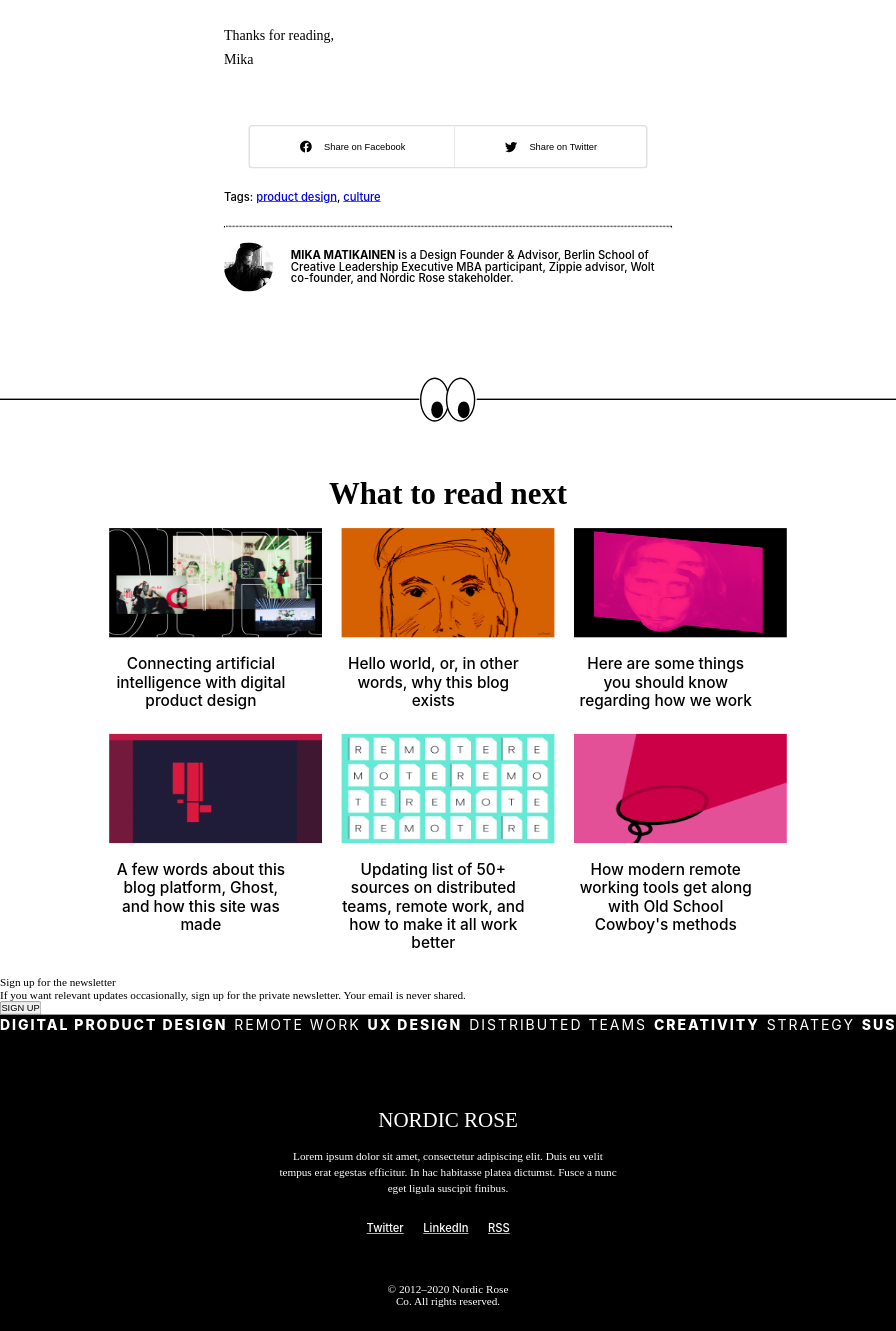
Repository: ThuTrang-jvb/JVB-BT1
Page: Page 3/article.html
These files come from the project's save history. The page is drawn as it stood at one moment and after a run of saves; the edit follows.
The browser window is 1280 px wide. The pictures show the part of the page from y = 3398 to 5318 px (the page is 5299 px tall before and 5318 px after), at 70% of full size.

Above is the page before, as saved 2025-06-30 10:04:13.

### Page 3/article.html
<!DOCTYPE html>
<html lang="en">
<head>
    <meta charset="UTF-8">
    <meta name="viewport" content="width=device-width, initial-scale=1.0">
    <link rel="stylesheet" href="styleArticle.css">
    <link href="https://fonts.googleapis.com/css2?family=Playfair+Display&display=swap" rel="stylesheet">
    <title>Article</title>
</head>
<body>
    <div class="header">
        <h1>NORDIC ROSE</h1>
        <div class="nav">
            <p class="active">blog</p>
            <p>about</p>
            <p>links</p>
            <p>projects</p>
        </div>
        <div class="hamburger">
            <span></span>
            <span></span>
            <span></span>
        </div>
    </div>
    <hr>
    <div class="main">
        <div class="title">
            <h1>A few words about this blog platform, Ghost, and how this site was made</h1>
            <p>Why Ghost (& Figma) instead of Medium, <br> WordPress or other options?</p>
            <img src="image/image 2.png" alt="image 2">
            <hr>
        </div>
        <div class="status">
            <div class="status_img">
                <img src="image/anh_nen.png" alt="image 3">
                <div class="status_text">
                    <p class="bold_p">Mika MAtikainen</p>
                    <p>Apr 15, 2020 · 4 min read</p>
                </div>

            </div>

            <div class="share-buttons">
                <button class="share-btn" aria-label="Share on Facebook">
                    <svg width="18" height="18" viewBox="0 0 24 24" fill="#000" xmlns="http://www.w3.org/2000/svg">
                    <path d="M22 12.07C22 6.48 17.52 2 12 2S2 6.48 2 12.07c0 5 3.66 9.13 8.44 9.93v-7.03h-2.54v-2.9h2.54V9.41c0-2.5 1.49-3.89 3.77-3.89 1.09 0 2.24.2 2.24.2v2.46h-1.26c-1.24 0-1.63.77-1.63 1.56v1.87h2.78l-.44 2.9h-2.34v7.03C18.34 21.2 22 17.07 22 12.07z"/>
                    </svg>
                </button>
                <button class="share-btn" aria-label="Share on Twitter">
                    <svg width="18" height="18" viewBox="0 0 24 24" fill="#000" xmlns="http://www.w3.org/2000/svg">
                    <path d="M22.46 6c-.77.35-1.6.58-2.46.69a4.28 4.28 0 0 0 1.88-2.36 8.56 8.56 0 0 1-2.71 1.04 4.26 4.26 0 0 0-7.26 3.88 12.09 12.09 0 0 1-8.77-4.45 4.26 4.26 0 0 0 1.32 5.69 4.23 4.23 0 0 1-1.93-.53v.05a4.26 4.26 0 0 0 3.42 4.17 4.29 4.29 0 0 1-1.92.07 4.26 4.26 0 0 0 3.98 2.96A8.54 8.54 0 0 1 2 19.54 12.07 12.07 0 0 0 8.29 21.5c7.55 0 11.68-6.26 11.68-11.68 0-.18 0-.35-.01-.53A8.36 8.36 0 0 0 22.46 6z"/>
                    </svg>
                </button>
            </div>
        </div>
        <div class="caption">
            <pre>Lorem ipsum dolor sit amet, consectetur adipiscing elit. Duis eu velit
tempus erat egestas efficitur. In hac habitasse platea dictumst. Fusce a
nunc eget ligula suscipit finibus. Aenean pharetra quis lacus at viverra.

Class aptent taciti sociosqu ad litora torquent per conubia nostra, per
inceptos himenaeos. Aliquam quis posuere ligula. In eu dui molestie, molestie
lectus eu, semper lectus.</pre>
            <h2>Next on the pipeline</h2>
            <pre>Duis eu velit tempus erat egestas efficitur. In hac habitasse platea
dictumst. Fusce a nunc eget ligula suscipit finibus. Aenean pharetra
quis lacus at viverra. Class aptent taciti sociosqu ad litora torquent per
conubia nostra, per inceptos himenaeos.

Morbi efficitur auctor metus, id mollis lorem pellentesque id. Nullam
posuere maximus dui et fringilla. </pre>
            <figure>
                <img src="image/3cc5df540f70fc0ba5d96cdc94c3d237971a9b6e.jpg" alt="Rectangle 8">
                <figcaption>Image caption centered this way and I’ll make this a bit longer to indicate the amount of line-height. </figcaption>
            </figure>
            <pre>Aenean pharetra quis lacus at viverra. Class aptent taciti sociosqu ad
litora torquent per conubia nostra, per inceptos himenaeos. Aliquam
quis posuere ligula.

In eu dui molestie, molestie lectus eu, semper lectus. Proin at justo
lacinia, auctor nisl et, consequat ante. Donec sit amet nisi arcu. Morbi
efficitur auctor metus, id mollis lorem pellentesque id. Nullam
posuere maximus dui et fringilla. Nulla non volutpat leo.</pre>
            <p>A list looks like this:</p>
            <ul>
                <li>First item in the list</li>
                <li>Second item in the list lorem ipsum dolor sit amet nunc felis dolor lorem ipsum sit amet</li>
                <li>Third item in the list</li>
            </ul>
            <p>Class aptent taciti sociosqu ad litora torquent per conubia nostra, per inceptos himenaeos. Aliquam quis posuere ligula. </p>
            <p>Thanks for reading,<br>
            Mika</p>
        </div>
        <div class="links">
            <div class="share-buttons">
                <button class="share-btn" aria-label="Share on Facebook">
                    <svg width="18" height="18" viewBox="0 0 24 24" fill="#000" xmlns="http://www.w3.org/2000/svg">
                        <path d="M22 12.07C22 6.48 17.52 2 12 2S2 6.48 2 12.07c0 5 3.66 9.13 8.44 9.93v-7.03h-2.54v-2.9h2.54V9.41c0-2.5 1.49-3.89 3.77-3.89 1.09 0 2.24.2 2.24.2v2.46h-1.26c-1.24 0-1.63.77-1.63 1.56v1.87h2.78l-.44 2.9h-2.34v7.03C18.34 21.2 22 17.07 22 12.07z"/>
                        <span>Share on Facebook</span>
                    </svg>
                </button>
                <button class="share-btn" aria-label="Share on Twitter">
                    <svg width="18" height="18" viewBox="0 0 24 24" fill="#000" xmlns="http://www.w3.org/2000/svg">
                    <path d="M22.46 6c-.77.35-1.6.58-2.46.69a4.28 4.28 0 0 0 1.88-2.36 8.56 8.56 0 0 1-2.71 1.04 4.26 4.26 0 0 0-7.26 3.88 12.09 12.09 0 0 1-8.77-4.45 4.26 4.26 0 0 0 1.32 5.69 4.23 4.23 0 0 1-1.93-.53v.05a4.26 4.26 0 0 0 3.42 4.17 4.29 4.29 0 0 1-1.92.07 4.26 4.26 0 0 0 3.98 2.96A8.54 8.54 0 0 1 2 19.54 12.07 12.07 0 0 0 8.29 21.5c7.55 0 11.68-6.26 11.68-11.68 0-.18 0-.35-.01-.53A8.36 8.36 0 0 0 22.46 6z"/>
                    <span>Share on Twitter</span>
                    </svg>
                </button>
            </div>
        </div>
        <div class="tag">
            <p>Tags: <a href="#">product design</a>, <a href="#">culture</a></p>
            <hr>
            <div class="status_tag">
                <img src="image/anh_nen.png" alt="image 3">
                <div class="status_text_end">
                    <p> <b>MIKA MATIKAINEN</b> is a Design Founder & Advisor, Berlin School of Creative Leadership Executive MBA participant, Zippie advisor, Wolt co-founder, and Nordic Rose stakeholder.  </p>
                </div>

            </div>
        </div>
    </div>
    <div class="divider">
        <div class="path"></div>
        <div class="eyes">
            <div class="eye eye-left">
                <div class="pupil"></div>
            </div>
            <div class="eye eye-right">
                <div class="pupil"></div>
            </div>
        </div>
        <div class="path"></div>
    </div>
    <div>
        <h3>What to read next</h3>
        <div class="image">
            <div class="image_line">
                <img src="image/image1.png" alt="Rectangle 4">
                <p>Connecting artificial intelligence with digital product design</p>
            </div>
            <div class="image_line">
                <img src="image/image2.png" alt="Rectangle 11">
                <p>Hello world, or, in other words, why this blog exists</p>
            </div>
            <div class="image_line">
                <img src="image/image.png" alt="Rectangle 10">
                <p>Here are some things you should know regarding how we work </p>
            </div>
        </div>
        <div class="image_desktop">
            <div class="image_line">
                <img src="image/image13.png" alt="Rectangle 37">
                <p>A few words about this blog platform, Ghost, and how this site was made</p>
            </div>
            <div class="image_line">
                <img src="image/image12.png" alt="Rectangle 39">
                <p>Updating list of 50+ sources on distributed teams, remote work, and how to make it all work better</p>
            </div>
            <div class="image_line">
                <img src="image/image11.png" alt="Rectangle 38">
                <p>How modern remote working tools get along with Old School Cowboy's methods</p>
            </div>
        </div>
    </div>
    <div>
        <p>Sign up for the newsletter</p>
        <p>If you want relevant updates occasionally, sign up for the private newsletter. Your email is never shared. </p>
        <div>

        </div>
        <button>SIGN UP</button>
    </div>



    <div class="footer">
        <div class="line-wrap">
            <div class="line">
                <span class="bold">Digital product design</span>
                <span>Remote work</span>
                <span class="bold">UX design</span>
                <span>Distributed teams</span>
                <span class="bold">Creativity</span>
                <span>Strategy</span>
                <span class="bold">Suspense</span>
                <span>Growth</span>
            </div>
        </div>
        <p class="logo">NORDIC ROSE</p>
        <p class="para">Lorem ipsum dolor sit amet, consectetur adipiscing elit. Duis eu velit tempus erat egestas efficitur. In hac habitasse platea dictumst. Fusce a nunc eget ligula suscipit finibus. </p>
        <div class="info">
            <p>Twitter</p>
            <p>LinkedIn</p>
            <p>RSS</p>
        </div>
        <p class="year">© 2012–2020 Nordic Rose Co. All rights reserved. </p>
    </div>
</body>
</html>

### Page 3/styleArticle.css
 * {
    margin: 0;
    padding: 0;
    box-sizing: border-box;
 }
.header {
    width: 100%;
    max-width: 1440px;
    height: auto;
    box-sizing: border-box;
    justify-content: space-between;
    align-items: center;
    display: flex;
    gap: 476.59px;
    padding: 52.54px 61px 40px 63.58px;
    height: 134px;
}
.header h1 {
    font-weight: 400;
    font-size: 30px;
}
.hamburger {
  display: none;
  flex-direction: column;
  gap: 5px;
  cursor: pointer;
}

.hamburger span {
  width: 25px;
  height: 3px;
  background-color: black;
  display: block;
  border-radius: 2px;
}
.nav {
    display: flex;
    justify-content: center;
    gap: 34px;
}
.nav p {
    position: relative;
    font-family: New York Small;
    font-weight: 500;
    font-size: 20px;
    line-height: 170%;
    letter-spacing: 2.8px;
    text-align: center;
    text-transform: uppercase;
    margin: 0;
    text-decoration: none;

}

.nav p.active::after {
    content: "";
    position: absolute;
    bottom: -43px;
    left: 50%;
    transform: translateX(-50%);
    width: 50px;
    height: 2px;
    background-color: #000;
}

hr {
  width: 100vw;
  border: none;
  border-top: 1px solid #ccc;
  margin: 0;
}
.title img {
    width: 100vw;
    height: auto;
    display: block;
    padding-bottom: 44px;
    margin: 0 auto;
}
.title h1 {
    font-family: New York Extra Large;
    font-weight: 700;
    font-size: 54px;
    line-height: 100%;
    letter-spacing: 0%;
    text-align: center;
    margin: 0 auto;
    max-width: 858px;
    padding-top: 52px;
    padding-bottom: 32px;
}
.title p {
    font-family: SF Mono;
    font-weight: 400;
    font-size: 20px;
    line-height: 170%;
    letter-spacing: 0%;
    text-align: center;
    max-width: 592px;
    margin: 0 auto;
    padding-bottom: 52px;

}
.title hr {
    border: 2px solid #000000;
    width: 640px;
    display: block;
    margin: 0 auto;
}
.status_img img {
    width: 56px;
    height: 56px;
    object-fit: cover;
    border-radius: 50%;
}
.share-buttons {
    display: flex;
    border: 2px solid #e0e0e0;
    border-radius: 5px;
    overflow: hidden;
    width: fit-content;
    background-color: #fff;
    margin-left: 273px;
    margin-top: 1px;
}
.share-btn {
    border: none;
    padding: 12.04px 25px;
    background: transparent;
    cursor: pointer;
    display: flex;
    align-items: center;
    justify-content: center;
    outline: none;
    gap: 16px;
}

.share-btn + .share-btn {
    border-left: 1px solid #e0e0e0;
}

.share-btn svg {
    width: 20px;
    height: 20px;
}
.status {
    display: flex;
    justify-content: center;
    align-items: center;
}
.status_img {
    display: flex;
    align-items: center;
    gap: 5px;
    padding-top: 24px;
    padding-bottom: 53px;
}
.bold_p {
    max-width: 191px;
    font-family: SF Pro Text;
    font-weight: 700;
    font-size: 16px;
    line-height: 100%;
    letter-spacing: 5%;
    text-transform: uppercase;
}
.status_text p {
    font-family: SF Pro Text;
    font-weight: 400;
    font-size: 16px;
    line-height: 100%;
    letter-spacing: 0%;
}
.status_text {
    padding-top: 5px;
}
.caption pre{
    text-align: left;
    margin: 0 auto;
    max-width: 640px;
    font-family: 'SF Pro Text', 'New York Medium', serif;
    font-weight: 400;
    font-size: 20px;
    line-height: 170%;
    letter-spacing: 0%;

}

.caption h2 {
    font-family: SF Pro Display;
    font-weight: 700;
    font-size: 32px;
    line-height: 160%;
    letter-spacing: 0%;
    padding-top: 57px;
    padding-bottom: 24px;
    text-align: left;
    max-width: 640px;
    margin: 0 auto;
}
.caption img {
    width: 854px;
    height: 570px;
    display: block;
    margin: 0 auto;
    padding-top: 52px;
    padding-bottom: 12px;
}
figcaption {
    max-width: 481px;
    text-align: center;
    margin: 0 auto;
    padding-bottom: 52px;
}
.caption p {
    font-family: New York Medium;
    font-weight: 400;
    font-size: 20px;
    line-height: 170%;
    letter-spacing: 0%;
    text-align: left;
    margin: 0 auto;
    max-width: 640px;
    padding-top: 52px;
}
li {
    font-family: New York Medium;
    font-weight: 400;
    font-size: 20px;
    line-height: 170%;
    letter-spacing: 0%;
    text-align: left;
    margin: 0 auto;
    max-width: 588px;
}
ul {
    padding-top: 19px;
}
.links {
    display: block;
    margin: 0 auto;
    padding-top: 77px;

}
.links .share-buttons{
    margin: 0 auto;
}
.links .share-btn {
    padding: 19px 70px;
}
.tag p {
    max-width: 640px;
    text-align: left;
    margin: 0 auto;
    padding-top: 32px;
    padding-bottom: 34px;
    font-family: SF Pro Text;
    font-weight: 500;
    font-size: 16px;
    line-height: 100%;
    letter-spacing: 3%;

}
.tag hr {
    border: 1px dotted #000000;
    width: 640px;
    display: block;
    margin: 0 auto;
}
.status_text_end {
    display: flex;
    max-width: 543px;
    text-align: left;
    margin: 0 auto;
    font-family: SF Pro Text;
    font-weight: 400;
    font-size: 16px;
    line-height: 160%;
    letter-spacing: 5%;

}
.status_tag img {
    width: 70px;
    height: 70px;
    object-fit: cover;
    border-radius: 50%;
}
.status_tag {
    display: flex;
    align-items: center;
    gap: 24px;
    max-width: 640px;
    margin: 0 auto;
}



.footer {
    background-color: #000000;
    color: white;
    text-align: center;
    padding-bottom:32px;
}
.bold {
    font-weight: 800;
}
.line {
    display: flex;
    flex-wrap: nowrap;
    overflow-x: auto;
    max-width: 100%;
    letter-spacing: 2.8px;
    white-space: nowrap;
    padding-bottom: 105.12px;
    scrollbar-width: none;
    gap: 10px;
}
.line::-webkit-scrollbar {
    display: none;
}
.line-wrapper {
  width: 100vw;
  overflow-x: auto;
}
.line span {
    font-family: SF Pro Text;
      font-size: 20px;
      color: #fff;
      text-transform: uppercase;
      display: inline-flex;
      flex-wrap: nowrap;
      justify-content: center;
      flex-shrink: 0;
      line-height: 28px;
}
    .divider {
      display: flex;
      align-items: center;
      justify-content: center;
      margin: 100px 0 40.71px;
    }

    .path {
      flex: 1;
      height: 2.5px;
      background-color: black;
    }

    .eyes {
      display: flex;
      width: 82px;
      height: 64px;
      align-items: center;
      position: relative;
    }

    .eye {
      width: 42.29px;
      height: 62.86px;
      background: white;
      border: 2.5px solid black;
      border-radius: 50%;
      position: absolute;
    }

    .eye-left {
      left: 0.5px;
    }

    .eye-right {
      left: 38px;
    }

    .pupil {
      width: 17.14px;
      height: 24.29px;
      background: black;
      border-radius: 50%;
      position: absolute;
      top: 55%;
      left: 38%;
    }
.image, .image_desktop {
    display: grid;
    grid-template-columns: repeat(3, 0fr);
    justify-content: center;
    gap: 28px
}
.image_line img {
    width: 304px;
    height: 176px;
    padding-bottom: 20px;
}
.image_line p {
    font-family: SF Pro Display;
    font-weight: 500;
    font-size: 22px;
    line-height: 120%;
    letter-spacing: 0%;
    text-align: center;
    max-width: 262px;
    padding-bottom: 34px;
}
h3 {
    font-family: New York Extra Large;
    font-weight: 700;
    font-size: 44px;
    line-height: 100%;
    letter-spacing: 0%;
    text-align: center;
    padding-top: 40.71px;
    padding-bottom: 27px;
}










.footer h1 {
    padding-bottom: 25.58px;
}
.para {
    font-family: New York Small;
    font-weight: 400;
    font-size: 16px;
    line-height: 140%;
    text-align: center;
    max-width: 488px;
    padding-bottom: 32px;
    margin: 0 auto;
}
.info {
    display: flex;
    justify-content: center;
    max-width: 209px;
    padding-bottom: 64px;
    margin: 0 auto;
}

.info p {
    margin: 0;
    font-family: SF Pro Text;
    font-weight: 500;
    font-size: 16px;
    line-height: 170%;
    text-decoration: underline;
    padding-right: 28px;
}
.logo {
    margin: 0;
    font-weight: 400;
    font-size: 30px;
    padding-bottom: 25.58px;
}
.footer .year {
    max-width: 178px;
    text-align: center;
    margin: 0 auto;
}
@media screen and (max-width: 767px) {
    .header {
        padding: 24px 20px;
        gap: 0;
    }

    .nav {
        display: none;
    }

    .hamburger {
        display: flex;
    }
    hr {
        width: 100%;
    }
    .main {
        padding: 52px 0 0 0;
    }

    .title img {
        width: 100%;
        height: auto;
        display: block;
        margin: 0;
    }

    .title h1 {
        font-size: 36px;
        max-width: 100%;
        text-align: center;
        padding-bottom: 24px;
        margin: 0 auto;
    }

    .title p {
        font-size: 16px;
        max-width: 90%;
        text-align: center;
        padding-bottom: 36px;
    }

    .title hr {
        width: 90%;

    }




    .line {
        margin: 0;
        padding-bottom: 32px;
        justify-content: flex-start;
        max-width: 100vw;
        overflow-x: auto;
    }

    .line span {
        font-size: 14px;
        line-height: 24px;
    }

    .logo {
        font-size: 20px;
        padding-bottom: 16px;
    }

    .para {
        font-size: 14px;
        padding-bottom: 32px;
        margin: 0 auto;
        max-width: 90%;
    }

    .info {
        justify-content: center;
        gap: 16px;
        font-size: 14px;
        padding-bottom: 64px;
        max-width: 100%;
    }

    .footer .year {
        font-size: 12px;
        padding: 0 16px;
    }
}

After the next 3 saves:
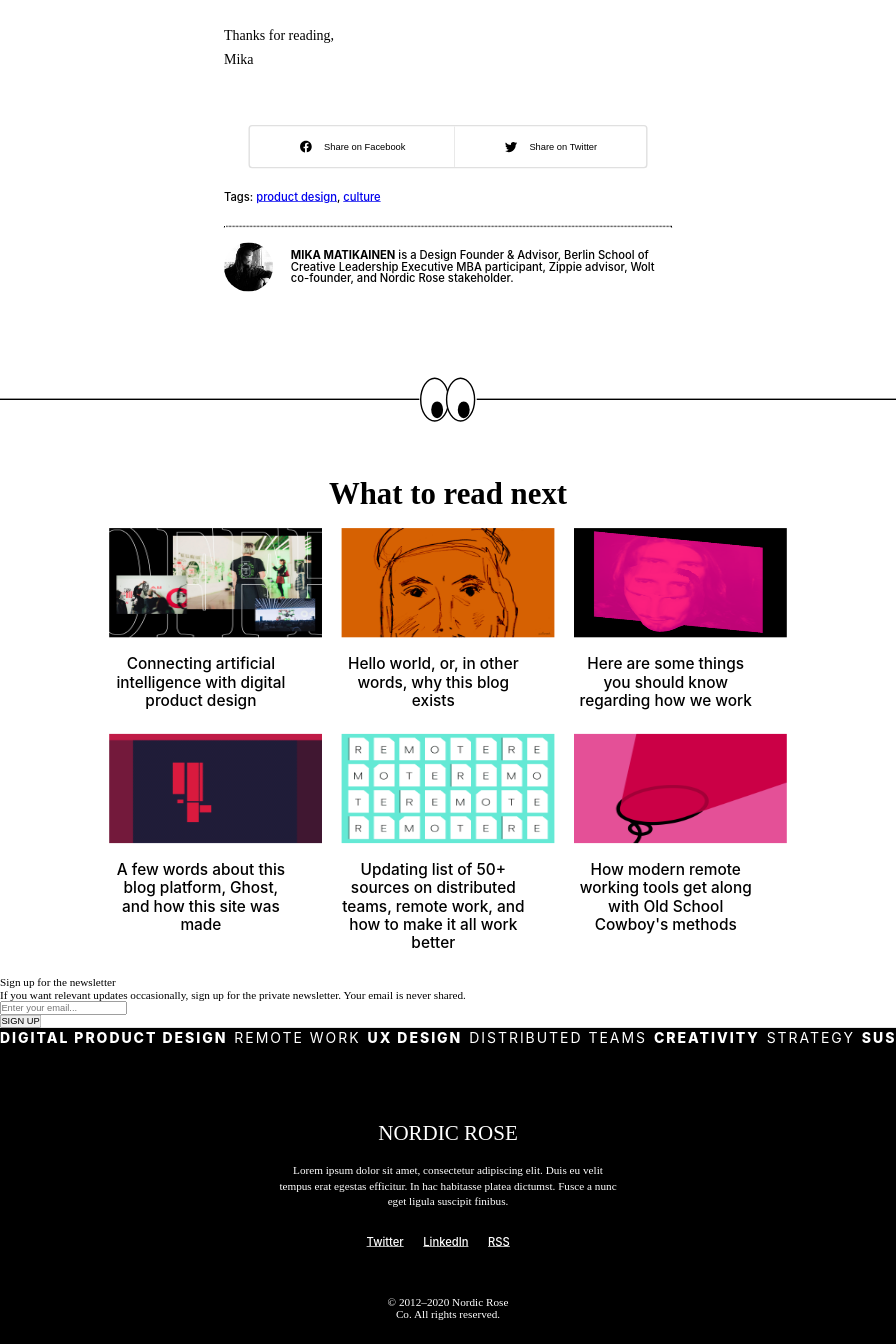
The 3 saves are shown as one change because they came seconds apart.
The last was saved 11 s later.
--- a/Page 3/article.html
+++ b/Page 3/article.html
@@ -166,6 +166,7 @@ posuere maximus dui et fringilla. Nulla non volutpat leo.</pre>
         <p>Sign up for the newsletter</p>
         <p>If you want relevant updates occasionally, sign up for the private newsletter. Your email is never shared. </p>
         <div>
+            <input type="email" placeholder="Enter your email...">
 
         </div>
         <button>SIGN UP</button>
